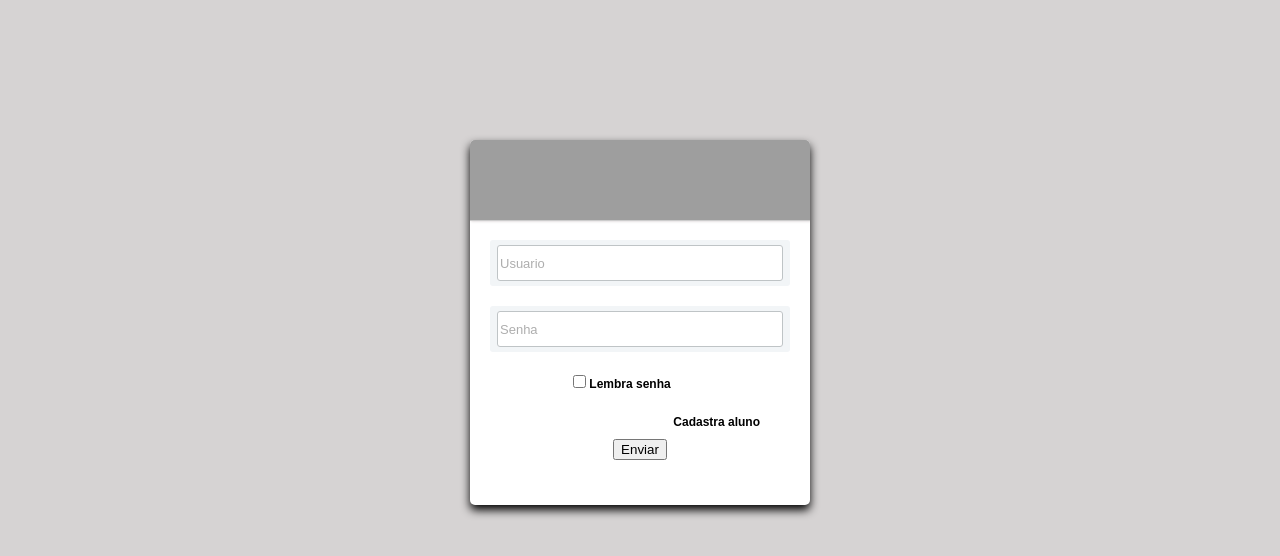
Repository: luisjonson/ProjetoWebAcademia
Page: http://localhost/RepositorioWebProject/Login.jsp
The author's editor kept a copy of each file at every save. The page is drawn from the files as they stood at one save, then again after the next save.
The browser window is 1280 px wide. The pictures show the whole page.
Pictures or frames that could not be fetched are drawn as grey boxes. The page is served by Tomcat 9. Other server files are loaded and not shown.

Above is the page before, as saved 2017-04-10 02:04:28.

### Projeto_Web/RepositorioWebProject/WebContent/Login.jsp
<%@ page language="java" contentType="text/html; charset=utf-8"
	pageEncoding="ISO-8859-1"%>
<!DOCTYPE
 html PUBLIC "-//W3C//DTD HTML 4.01 Transitional//EN" "http://www.w3.org/TR/html4/loose.dtd">
<html>
<head>

</head>

<title>Login</title>

<style type="text/css" >

body {
	background-color: #D6D3D3;
}

#login-box {
	background-color: #ECECEC;
	width: 340px;
	height: 365px;
	margin: 140px auto 0px;
	border-radius: 5px;

}

#login-box-interno {
	width: 340px;
	height: 365px;
	background-color:white;
	position: absolute;
	border-radius: 5px;
	box-shadow: 0px 5px 10px black;
	overflow: hidden;
}

#login-box-label {
	background-color:#D6D3D3;
	height:80px;
	text-align:center;
    font:bold 12px/12px sans-serif;
    border-top-left-radius:5px;
    border-top-right-radius:5px;
    border-bottom:1px solid #cccccc;
    box-shadow:1px 0px 3px #ccc4c5;
}

#imagens{
	max-width: 800px;
}

.input-div{

	margin: 20px;
	padding: 5px;
   background-color:#f2f5f7;

	border-radius: 3px;
}

.input-div input{

	width: 280px;
	height: 32px;
	padding-left: 2px;
	font: normal 13px sans-serif;
	color: #aeaeae;
	border-radius: 3px;
	border: 1px solid #bfc4c6;
    outline:none;
}

.input-div:hover{
	background-color: #8C8C8A;
}

.input-div:hover input{
	border-color: #797B79
}
.input-senha{
  margin-top:-10px;
  }

  #botoes{
    width:280px;
    margin-left:10px;
  }

 /* #botao{
    float:right;
    background-color:;
    padding:5px 15px;
    font:bold 12px sans-serif;
    border-radius:20px;
    text-shadow:0px 1px 0px white;
    border:1px solid #9eb9c3;
  }
  */
  #CadastraAluno{
    font:bold 12px sans-serif;
     float:right;
     margin-left: right;
  }

</style>
<body>
	<div id="login-box">

		<div id="login-box-interno">

			<div id="login-box-label">

				<div id=imagens><img alt="Smart Fit" src="C:\Users\nano\workspace\ProjetoWebAcademia\Projeto_Web\RepositorioWebProject\WebContent\Imagem\Smart.png" width="340" height="80"/></div>

				<div class="input-div" id="input-usuario">
					<input type="text" value="Usuario">
				</div>

				<div class="input-div" id="input-senha">
					<input type="text" value="Senha">
				</div>

                <div id="botoes">

                  <div id="lembra-senha"><input type="checkbox"/>Lembra senha</div><br><br>
                  <div id="CadastraAluno">Cadastra aluno</div>
                  </div><br><br
                   <div id="botao" ><input type="submit" name="enviar" value="Enviar"></div>
              </div>
         </div>
	</div>




</body>
</html>

After the next save:
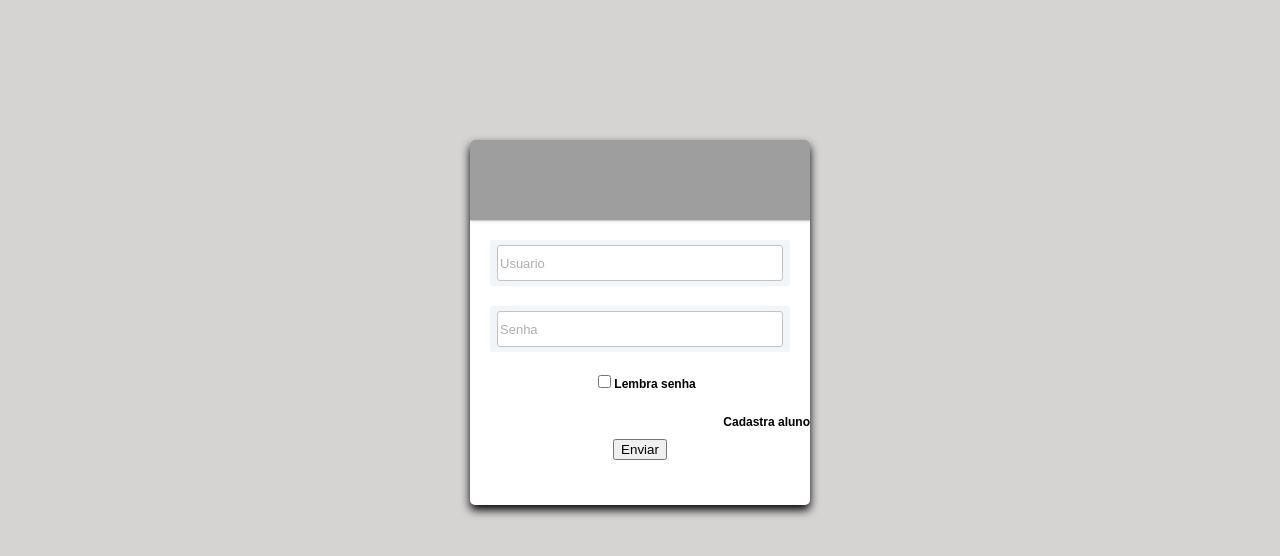
Saved 62 s later.
--- a/Projeto_Web/RepositorioWebProject/WebContent/Login.jsp
+++ b/Projeto_Web/RepositorioWebProject/WebContent/Login.jsp
@@ -82,7 +82,7 @@ body {
   }
 
   #botoes{
-    width:280px;
+    width:;
     margin-left:10px;
   }
 
